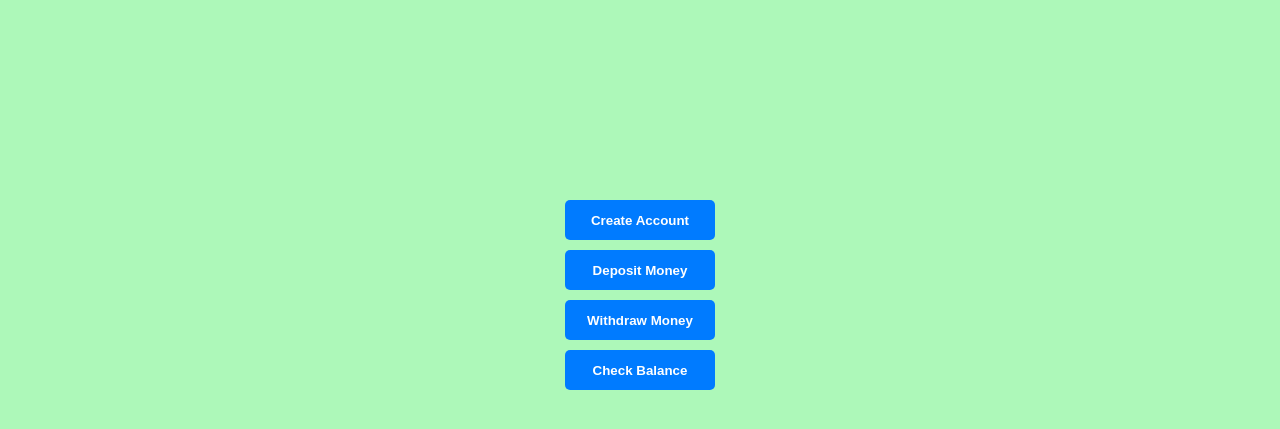
Repository: Surajkande2001/IGTSolution
Page: WebJSPProject1/src/main/webapp/Index.html
An editor plug-in stored every save of this project. The page is shown before and after the next save, followed by the edit.
The browser window is 1280 px wide. The pictures show the whole page.

Above is the page before, as saved 2023-07-02 16:15:41.

### WebJSPProject1/src/main/webapp/Index.html
<!DOCTYPE html>
<html>

<head>
	<meta charset="ISO-8859-1">
	<title>Banking App</title>
	<style>
		body {
			background-color: rgb(173, 248, 185);
			font-family: Arial, sans-serif;
			margin: 0;
			padding: 0;
		}

		.container {
			text-align: center;
			margin-top: 200px;
		}

		.container form {
			margin-bottom: 10px;
		}

		.container input[type="submit"] {
			width: 150px;
			height: 40px;
			border-radius: 5px;
			border: none;
			background-color: #007bff;
			color: #ffffff;
			font-weight: bold;
			cursor: pointer;
		}

		.container input[type="submit"]:hover {
			background-color: #0056b3;
		}
	</style>
</head>

<body>

	<div class="container">
		<form action="Create.html">
			<input type="submit" value="Create Account">
		</form>

		<form action="Deposit.html">
			<input type="submit" value="Deposit Money">
		</form>

		<form action="Withdraw.html">
			<input type="submit" value="Withdraw Money">
		</form>

		<form action="Check.html">
			<input type="submit" value="Check Balance">
		</form>
	</div>

</body>

</html>

After the next save:
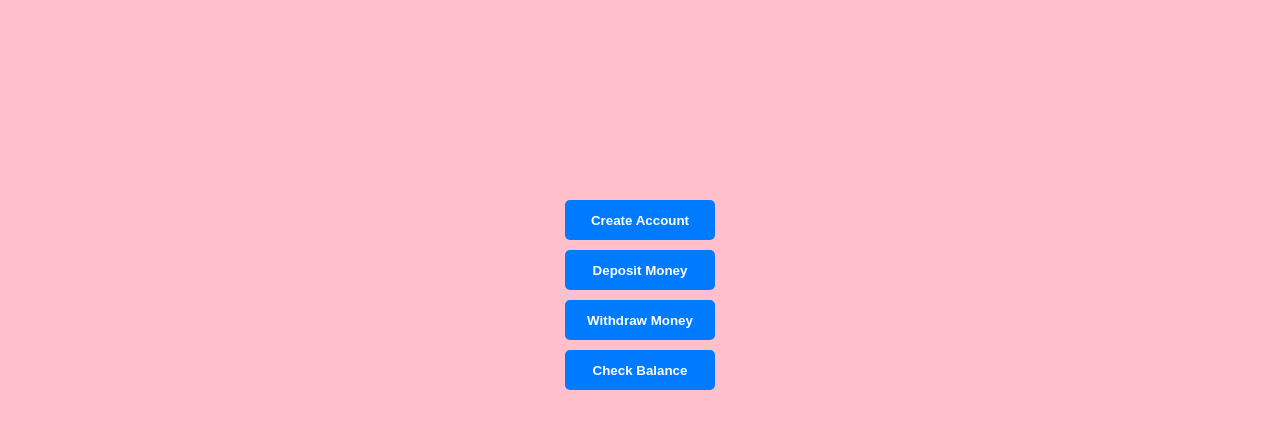
Saved 2 min 8 s later.
--- a/WebJSPProject1/src/main/webapp/Index.html
+++ b/WebJSPProject1/src/main/webapp/Index.html
@@ -6,7 +6,8 @@
 	<title>Banking App</title>
 	<style>
 		body {
-			background-color: rgb(173, 248, 185);
+			background-color: pink;
+
 			font-family: Arial, sans-serif;
 			margin: 0;
 			padding: 0;
